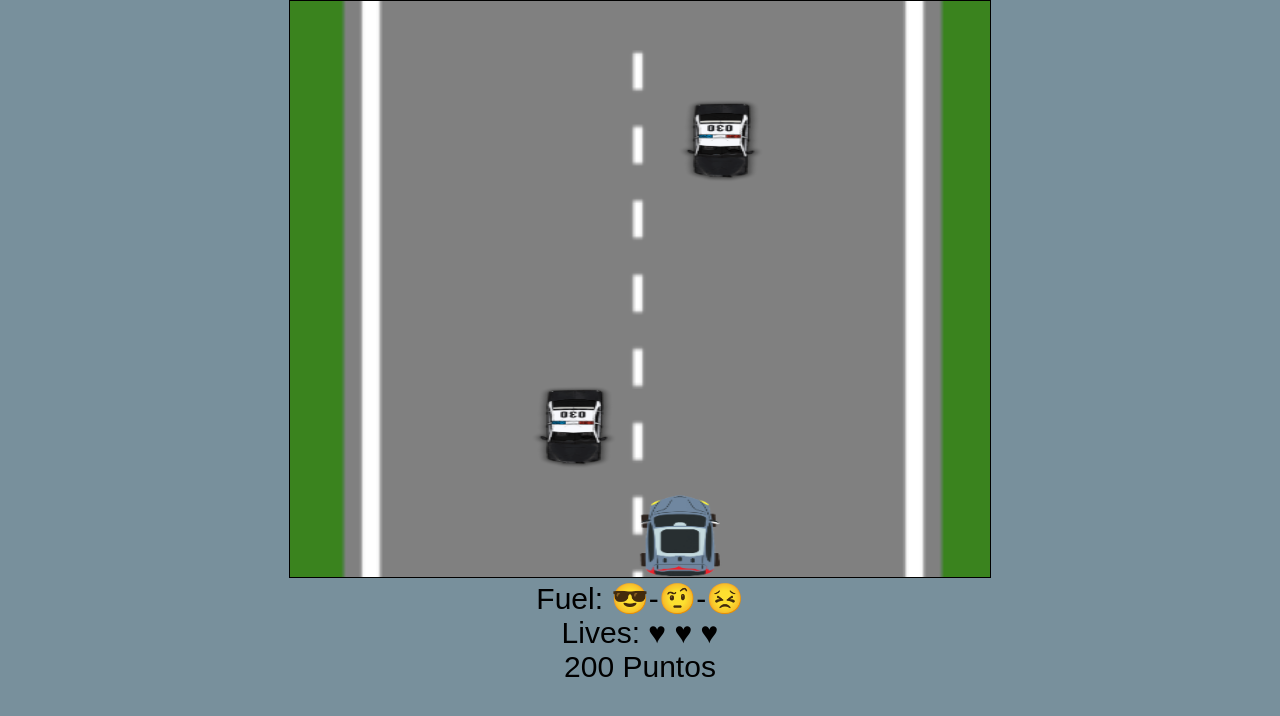
Repository: ChristianGecchelin/ironCarGame
Page: canvas.html
An editor plug-in stored every save of this project. The page is shown before and after the next save, followed by the edit.
The browser window is 1280 px wide. The pictures show the whole page.

Above is the page before, as saved 2022-06-15 16:35:09.

After the next save:
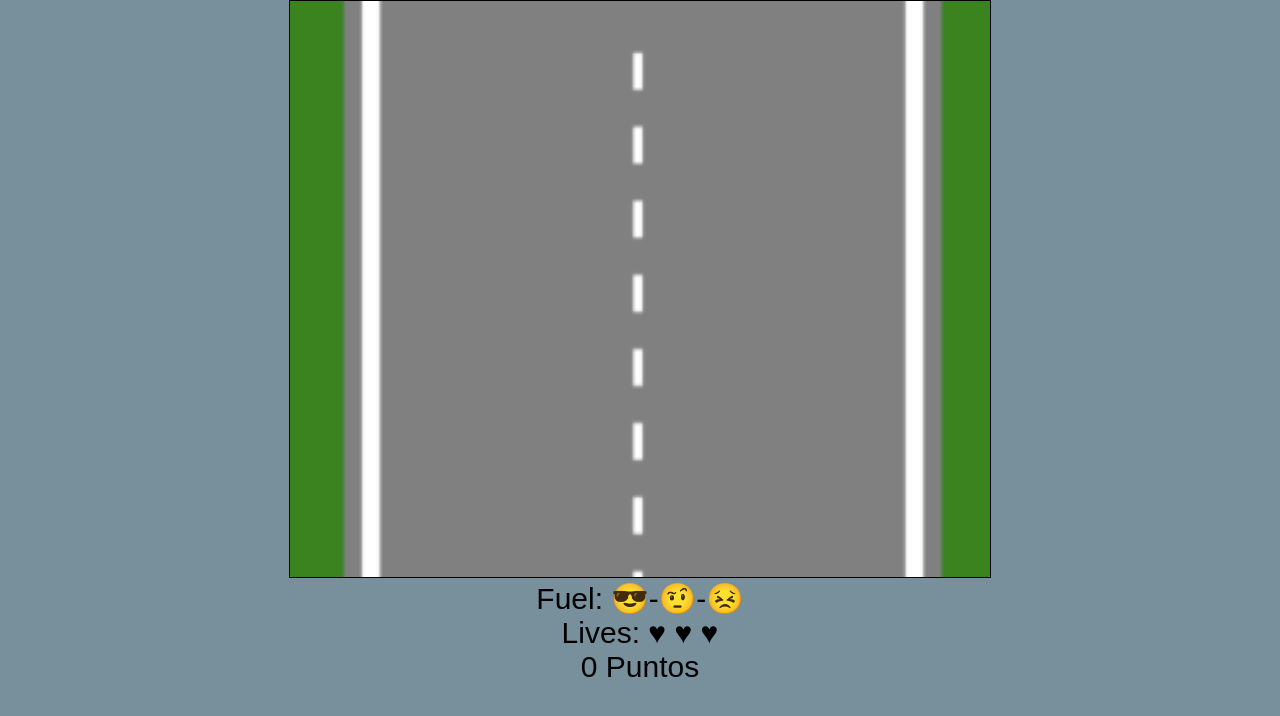
Console error: SyntaxError: Unexpected identifier 'detectarColision'
Saved 38 s later.
--- a/src/coche.js
+++ b/src/coche.js
@@ -18,6 +18,9 @@
   borrar() {
     ctx.clearRect(this.x, this.y, this.ancho, this.alto);
   }
+
+  aumentarDificultad()
+
   detectarColision(objeto) {
     if (
       this.x < objeto.x + objeto.ancho &&

After the 2 saves that followed:
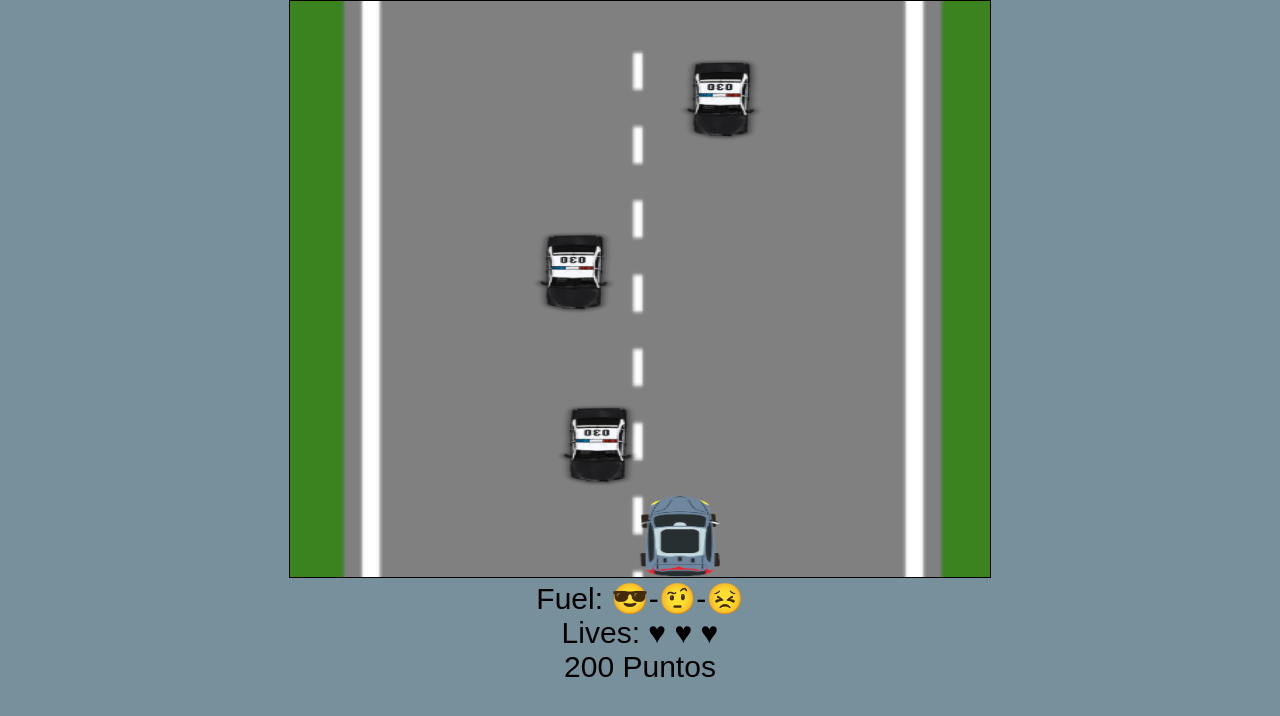
The error is gone.
The 2 saves are shown as one change because 1 left the picture as it was.
The last was saved 34 s later.
--- a/src/coche.js
+++ b/src/coche.js
@@ -19,7 +19,9 @@
     ctx.clearRect(this.x, this.y, this.ancho, this.alto);
   }
 
-  aumentarDificultad()
+  aumentarDificultad() {
+    this.step += 5;
+  }
 
   detectarColision(objeto) {
     if (
--- a/src/index.js
+++ b/src/index.js
@@ -32,7 +32,6 @@
     enemyImage,
     ctx
   );
-  setInterval(aumentarDificultad(enemy), 8000);
   enemies.push(enemy);
   console.log(enemy.step);
 };
